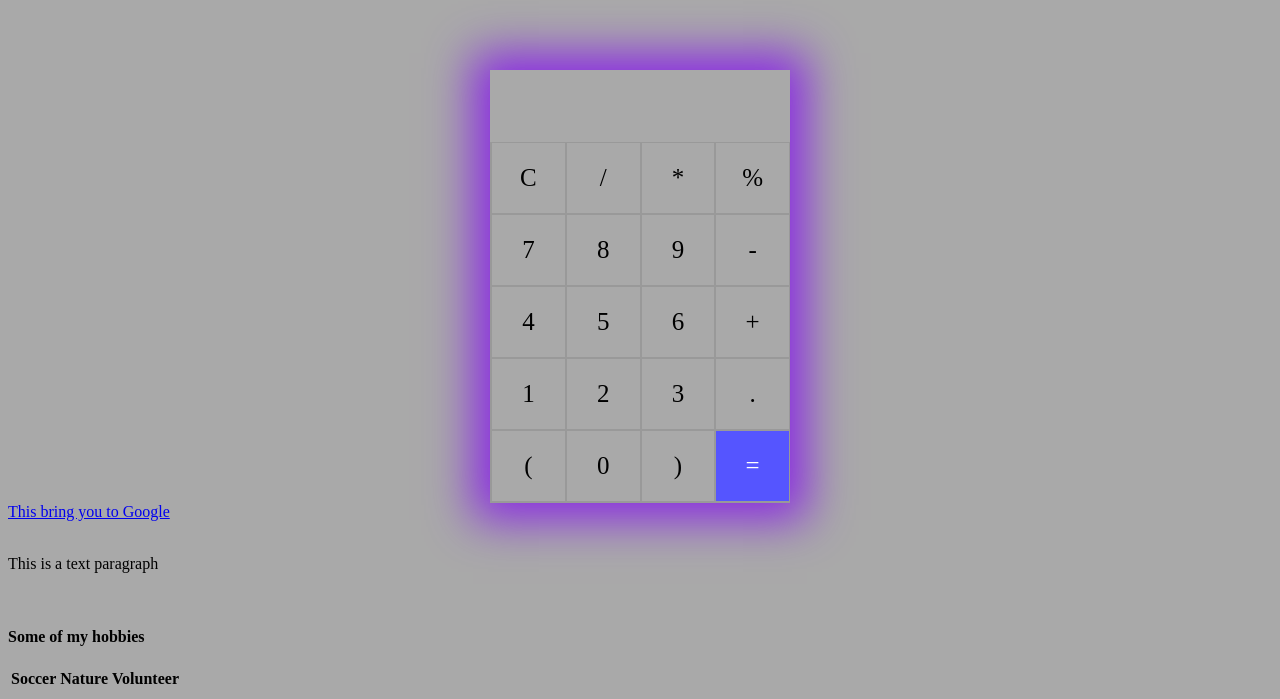
Repository: EX-Salesforce-Training/squad-repo-hapsburg-hopefuls
Page: squad-repo-hapsburg-hopefuls/abouteYao.html
These files come from the project's save history. The page is drawn as it stood at one moment and after the next save; the edit follows.
The browser window is 1280 px wide. The pictures show the part of the page from y = 541 to 1240 px (the page is 1240 px tall).
A picture or video elsewhere on the page could not be fetched, so the positions and the page height are approximate.

Above is the page before, as saved 2021-11-27 10:11:24.

After the next save:
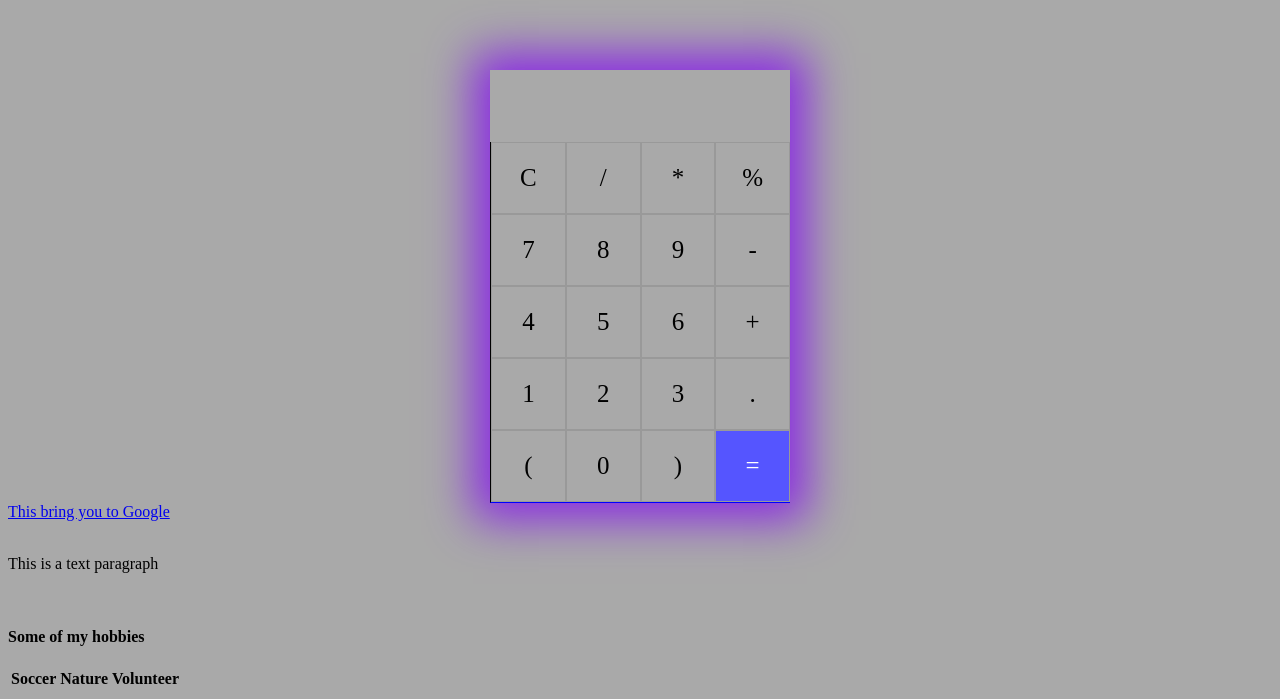
Saved 79 s later.
--- a/squad-repo-hapsburg-hopefuls/abouteYao.css
+++ b/squad-repo-hapsburg-hopefuls/abouteYao.css
@@ -12,8 +12,8 @@
     }
     .buttons {
     display: grid;
-    border-bottom: 1px solid #999;
-    border-left: 1px solid #999;
+    border-bottom: 1px solid blue;
+    border-left: 1px solid black;
     grid-template-columns: 1fr 1fr 1fr 1fr;
     }
     .buttons div {
